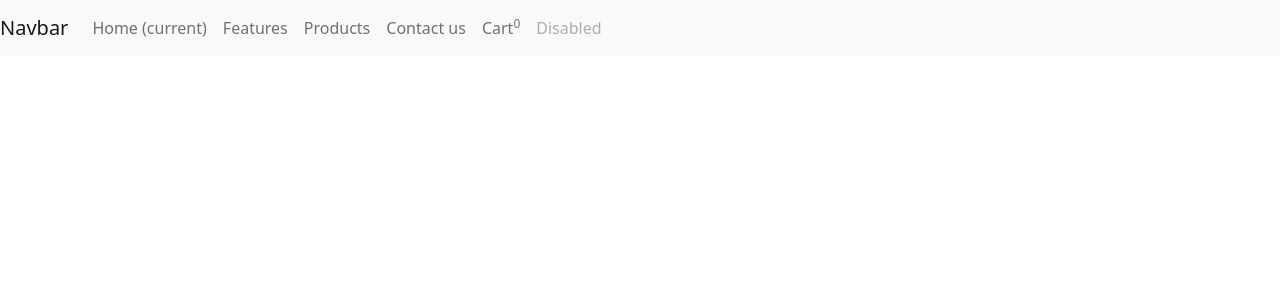
Repository: sreech465/cart
Page: /products (app in redux-app/)
An editor plug-in stored every save of this project. The page is shown before and after the next save, followed by the edit.
The browser window is 1280 px wide. The pictures show the whole page.
The page's requests for data from a server got no answer. The project was rebuilt for these pictures with package versions that can differ from the ones it lists, and the page was loaded fresh each time. No one was signed in, and anything a server would have sent is missing. Also part of the build but not shown: redux-app/src/components/Products/Product.js. Imported but missing from the stored project, and not drawn on this page: redux-app/src/components/redux/reducer/ProductReducer.

Above is the page before, as saved 2022-06-29 18:35:31.

### redux-app/src/index.js
import React from 'react';
import ReactDOM from 'react-dom/client';
import './index.css';
import App from './App';
import reportWebVitals from './reportWebVitals';
import { BrowserRouter } from 'react-router-dom';
import {Provider} from 'react-redux';
import { Store } from './components/redux/reducer/Store';

const root = ReactDOM.createRoot(document.getElementById('root'));
root.render(
  <React.StrictMode>
    <BrowserRouter>
    <Provider store = {Store}>
    <App />
    </Provider>
    </BrowserRouter>

  </React.StrictMode>
);

// If you want to start measuring performance in your app, pass a function
// to log results (for example: reportWebVitals(console.log))
// or send to an analytics endpoint. Learn more: https://bit.ly/CRA-vitals
reportWebVitals();

### redux-app/src/App.js
import logo from './logo.svg';
import './App.css';
import 'bootstrap/dist/css/bootstrap.min.css';
import Header from './components/Header';
import {Router} from 'react-router-dom';
import RouterComp from './components/Products/Routes/RouterComp';

function App() {
  return (
    <div className="App">
   <Header/>
   <RouterComp/>
    </div>
  );
}

export default App;

### redux-app/src/components/redux/reducer/Store.js

import {createStore,applyMiddleware,compose} from 'redux';
import { reducer } from '.';
import thunk from 'redux-thunk'

const composeEnhancers = window.__REDUX_DEVTOOLS_EXTENSION_COMPOSE__ || compose;





export const Store = createStore(reducer,applyMiddleware(thunk))

### redux-app/src/components/Header.js
import React from 'react'
import {Link} from 'react-router-dom'

export default function Header() {
  return (
    <nav class="navbar navbar-expand-lg navbar-light bg-light">
  <a class="navbar-brand" href="#">Navbar</a>
  <button class="navbar-toggler" type="button" data-toggle="collapse" data-target="#navbarNav" aria-controls="navbarNav" aria-expanded="false" aria-label="Toggle navigation">
    <span class="navbar-toggler-icon"></span>
  </button>
  <div class="collapse navbar-collapse" id="navbarNav">
    <ul class="navbar-nav">
      <li class="nav-item active">
        <a class="nav-link" href="#">Home <span class="sr-only">(current)</span></a>
      </li>
      <li class="nav-item">
        <a class="nav-link" href="#">Features</a>
      </li>
      <li class="nav-item">
       <Link to='/products' class="nav-link" href="#">Products</Link>
      </li>
      <li class="nav-item">
        <a class="nav-link" href="#">Contact us</a>
      </li>
      <li class="nav-item">
        <Link to= '/cart' class="nav-link" href="#">Cart<sup>{0}</sup></Link>
      </li>
      <li class="nav-item">
        <a class="nav-link disabled" href="#">Disabled</a>
      </li>
    </ul>
  </div>
</nav>
  )
}

### redux-app/src/components/Products/Routes/RouterComp.js
import React from 'react'
import {Routes ,Route} from 'react-router-dom'
import Products from '../Products';
import Product from '../Product';


export default function RouterComp() {
  return (
    <div>
      <Routes>
        <Route path='/products' element={<Products/>}/>

        <Route path='/products/:id' element={<Product/>}/>



      </Routes>
    </div>
  )
}

### redux-app/src/components/redux/reducer/index.js
//we need to combine all the reducers in a single place

import { combineReducers } from "redux";
import { ProductReducer } from "./ProductReducer";


export const reducer = combineReducers({
    productsData : ProductReducer,

})

### redux-app/src/components/Products/Products.js
import React, { useState, useEffect } from 'react'
import axios from 'axios';
import { Link } from 'react-router-dom'



 function Products() {

    const [products, setproducts] = useState([]);



     const getProducts = async () => {
         const { data } = await axios.get('https://fakestoreapi.com/products');

        console.log(data);
        setproducts(data);
    }
    useEffect(() => {
        getProducts();

    }, [])
    return (
        <div>
            <div className='container  py-5'>
                <div className='row'>
                    {
                        products && products.length > 0 && products.map((product) => (
                            <div className='col-md-3'>
                                <Link to={`/products/${product.id}`}>

                                    <div class="card">
                                        <img class="card-img-top" src={product.image} alt="Card image cap" />
                                        <div class="card-body">
                                            <h5 class="card-title">Card title</h5>

                                        </div>
                                    </div>

                                </Link>
                            </div>
                        ))
                    }
                </div>

            </div>
        </div>
    )
}
export default Products;

Loaded but not shown: redux-app/public/index.html (common file); redux-app/src/index.css (common file); redux-app/src/reportWebVitals.js (common file); redux-app/src/App.css (common file)

After the next save:
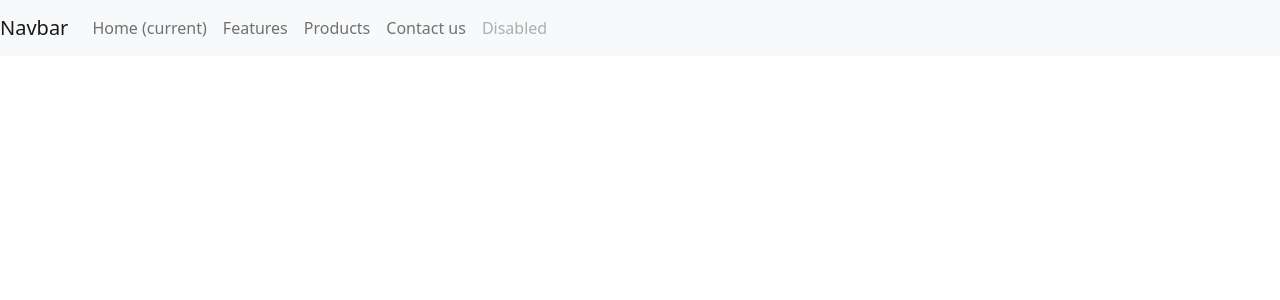
Saved 25 s later.
--- a/redux-app/src/components/Header.js
+++ b/redux-app/src/components/Header.js
@@ -22,9 +22,7 @@ export default function Header() {
       <li class="nav-item">
         <a class="nav-link" href="#">Contact us</a>
       </li>
-      <li class="nav-item">
-        <Link to= '/cart' class="nav-link" href="#">Cart<sup>{0}</sup></Link>
-      </li>
+
       <li class="nav-item">
         <a class="nav-link disabled" href="#">Disabled</a>
       </li>
